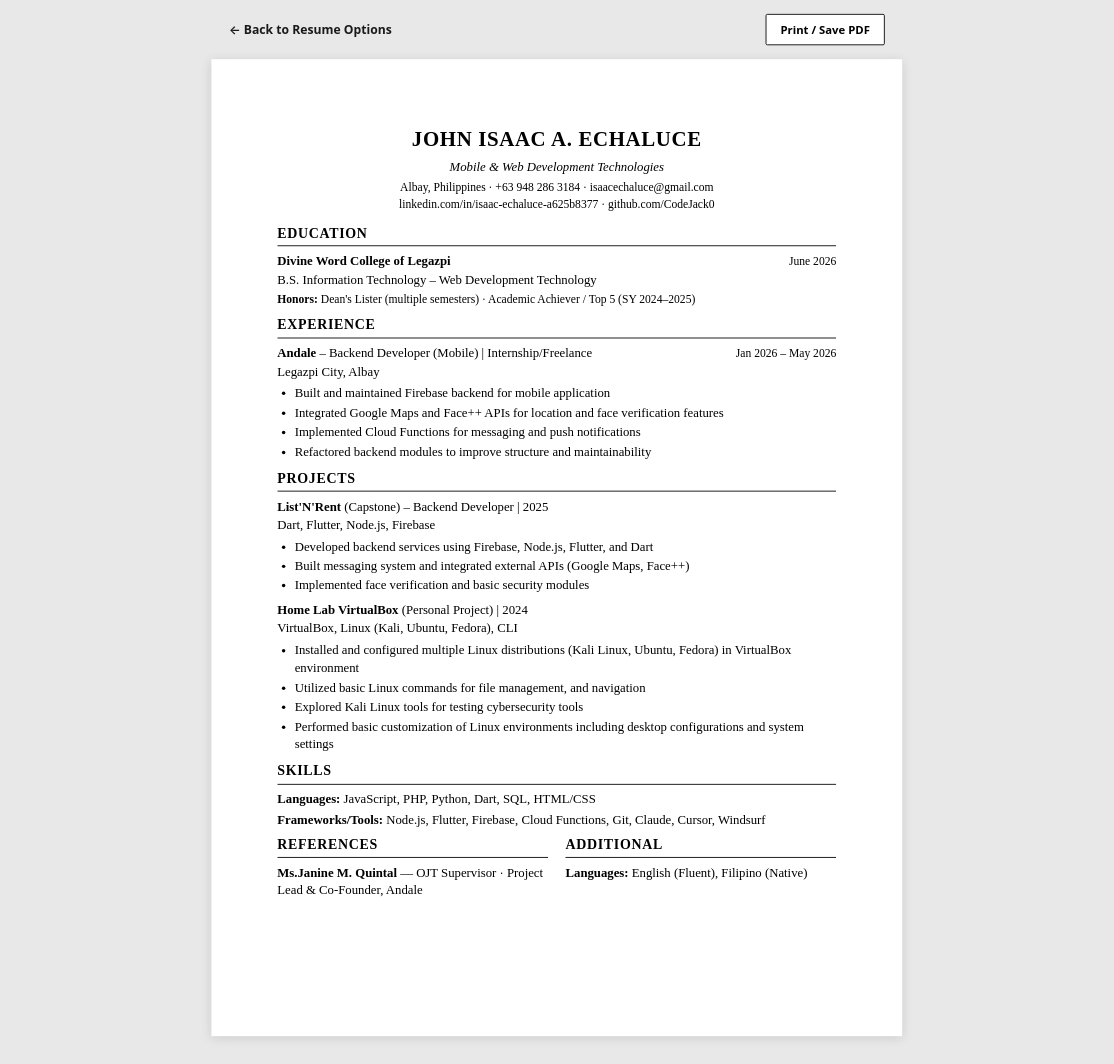
Repository: CodeJack0/Professional_Portfolio
Page: pages/resume_development.html
These files come from the project's save history. The page is drawn as it stood at one moment and after the next save; the edit follows.
The browser window is 1280 px wide. The pictures show the whole page, at 87% of full size.

Above is the page before, as saved 2026-05-30 08:21:23.

### pages/resume_development.html
<!DOCTYPE html>
<html lang="en">
<head>
  <meta charset="UTF-8" />
  <meta name="viewport" content="width=device-width, initial-scale=1.0" />
  <meta name="description" content="Resume / CV — John Isaac A. Echaluce, IT Graduate" />
  <title>Resume / CV — John Isaac A. Echaluce</title>
  <link rel="stylesheet" href="../css/resume.css" />
</head>
<body class="resume-page">
  <div class="resume-toolbar no-print">
    <a href="resumes.html" class="toolbar-link">← Back to Resume Options</a>
    <button type="button" class="toolbar-btn" onclick="window.print()">Print / Save PDF</button>
  </div>

  <article class="resume-document" aria-label="Resume">
    <header class="resume-header">
      <h1 class="resume-name">John Isaac A. Echaluce</h1>
      <p class="resume-tagline">Mobile &amp; Web Development Technologies</p>
      <p class="resume-contact-line">
        Albay, Philippines · <a href="tel:+639482863184">+63 948 286 3184</a> ·
        <a href="mailto:isaacechaluce@gmail.com">isaacechaluce@gmail.com</a>
      </p>
      <p class="resume-contact-line resume-contact-line--links">
        <a href="https://www.linkedin.com/in/isaac-echaluce-a625b8377/" rel="noopener noreferrer">linkedin.com/in/isaac-echaluce-a625b8377</a> ·
        <a href="https://github.com/CodeJack0" rel="noopener noreferrer">github.com/CodeJack0</a>
      </p>
    </header>

    <main class="resume-content">
      <section class="resume-section">
        <h2 class="resume-section-title">Education</h2>

        <div class="entry">
          <div class="entry-row">
            <span class="entry-left"><strong>Divine Word College of Legazpi</strong></span>
            <span class="entry-right">June 2026</span>
          </div>
          <div class="entry-row entry-row--sub">
            <span class="entry-left">B.S. Information Technology – Web Development Technology</span>
          </div>
          <p class="honors-line">
            <strong>Honors:</strong> Dean's Lister (multiple semesters) · Academic Achiever / Top 5 (SY 2024–2025)
          </p>
        </div>
      </section>

      <section class="resume-section">
        <h2 class="resume-section-title">Experience</h2>

        <div class="entry">
          <div class="entry-row">
            <span class="entry-left"><strong>Andale</strong> – Backend Developer (Mobile) | Internship/Freelance</span>
            <span class="entry-right">Jan 2026 – May 2026</span>
          </div>
          <div class="entry-row entry-row--sub">
            <span class="entry-left">Legazpi City, Albay</span>
          </div>
          <ul class="resume-list">
            <li>Built and maintained Firebase backend for mobile application</li>
            <li>Integrated Google Maps and Face++ APIs for location and face verification features</li>
            <li>Implemented Cloud Functions for messaging and push notifications</li>
            <li>Refactored backend modules to improve structure and maintainability</li>
          </ul>
        </div>
      </section>

      <section class="resume-section">
        <h2 class="resume-section-title">Projects</h2>

        <div class="entry">
          <div class="entry-row">
            <span class="entry-left"><strong>List'N'Rent</strong> (Capstone) – Backend Developer | 2025</span>
            <span class="entry-right"></span>
          </div>
          <div class="entry-row entry-row--sub">
            <span class="entry-left">Dart, Flutter, Node.js, Firebase</span>
          </div>
          <ul class="resume-list">
            <li>Developed backend services using Firebase, Node.js, Flutter, and Dart</li>
            <li>Built messaging system and integrated external APIs (Google Maps, Face++)</li>
            <li>Implemented face verification and basic security modules</li>
          </ul>
        </div>

        <div class="entry">
          <div class="entry-row">
            <span class="entry-left"><strong>Home Lab VirtualBox</strong> (Personal Project) | 2024</span>
            <span class="entry-right"></span>
          </div>
          <div class="entry-row entry-row--sub">
            <span class="entry-left">VirtualBox, Linux (Kali, Ubuntu, Fedora), CLI</span>
          </div>
          <ul class="resume-list">
            <li>Installed and configured multiple Linux distributions (Kali Linux, Ubuntu, Fedora) in VirtualBox environment</li>
            <li>Utilized basic Linux commands for  file management, and navigation</li>
            <li>Explored Kali Linux tools for testing cybersecurity tools</li>
            <li>Performed basic customization of Linux environments including desktop configurations and system settings</li>
          </ul>
        </div>


      <section class="resume-section">
        <h2 class="resume-section-title">Skills</h2>
        <p class="skills-line"><strong>Languages:</strong> JavaScript, PHP, Python, Dart, SQL, HTML/CSS</p>
        <p class="skills-line"><strong>Frameworks/Tools:</strong> Node.js, Flutter, Firebase, Cloud Functions, Git, Claude, Cursor, Windsurf</p>
      </section>


      <section class="resume-section resume-section--combined">
        <div class="resume-two-col">
          <div>
            <h2 class="resume-section-title">References</h2>
            <p class="skills-line"><strong>Ms.Janine M. Quintal</strong> — OJT Supervisor · Project Lead &amp; Co-Founder, Andale</p>
          </div>
          <div>
            <h2 class="resume-section-title">Additional</h2>
            <p class="skills-line"><strong>Languages:</strong> English (Fluent), Filipino (Native)</p>
          </div>
        </div>
      </section>
    </main>
  </article>
</body>
</html>

### css/resume.css
/* Harvard-style resume — conservative, single column, print-first (A4) */

:root {
  --resume-page-width: 210mm;
  --resume-page-height: 297mm;
  --resume-page-margin: 20mm;
}

*,
*::before,
*::after {
  box-sizing: border-box;
}

body.resume-page {
  margin: 0;
  font-family: "Times New Roman", Times, Georgia, serif;
  font-size: 11pt;
  line-height: 1.4;
  color: #000;
  background: #e8e8e8;
  -webkit-font-smoothing: antialiased;
}

/* Toolbar (screen only) */
.resume-toolbar {
  display: flex;
  align-items: center;
  justify-content: space-between;
  max-width: var(--resume-page-width);
  margin: 0 auto;
  padding: 1rem 1.25rem;
  gap: 1rem;
  font-family: system-ui, -apple-system, sans-serif;
}

.toolbar-link {
  font-size: 0.875rem;
  font-weight: 600;
  color: #1a1a1a;
  text-decoration: none;
}

.toolbar-link:hover {
  text-decoration: underline;
}

.toolbar-btn {
  font-family: inherit;
  font-size: 0.8125rem;
  font-weight: 600;
  padding: 0.5rem 1rem;
  border: 1px solid #000;
  border-radius: 2px;
  background: #fff;
  color: #000;
  cursor: pointer;
}

.toolbar-btn:hover {
  background: #f5f5f5;
}

/* Document */
.resume-document {
  width: 100%;
  max-width: var(--resume-page-width);
  min-height: var(--resume-page-height);
  margin: 0 auto 2rem;
  padding: var(--resume-page-margin);
  background: #fff;
  box-shadow: 0 2px 12px rgba(0, 0, 0, 0.12);
}

/* Header */
.resume-header {
  text-align: center;
  margin-bottom: 0.75rem;
}

.resume-name {
  font-size: 18pt;
  font-weight: 700;
  margin: 0 0 0.3rem;
  letter-spacing: 0.03em;
  text-transform: uppercase;
}

.resume-tagline {
  margin: 0 0 0.2rem;
  font-size: 11pt;
  font-style: italic;
}

.resume-summary {
  margin: 0.35rem auto 0;
  max-width: 95%;
  font-size: 10pt;
  line-height: 1.4;
  text-align: center;
}

.resume-contact-line {
  margin: 0.15rem 0 0;
  font-size: 10pt;
  line-height: 1.4;
}

.resume-contact-line--links {
  margin-top: 0.1rem;
}

.resume-contact-line a {
  color: inherit;
  text-decoration: none;
}

.resume-contact-line a:hover {
  text-decoration: underline;
}

.honors-line {
  margin: 0.2rem 0 0;
  font-size: 10pt;
  line-height: 1.35;
}

.entry-note {
  margin: 0.15rem 0 0;
  font-size: 9.5pt;
  font-style: italic;
  line-height: 1.35;
}

/* Sections */
.resume-content {
  margin: 0;
}

.resume-section {
  margin-bottom: 0.45rem;
}

.entry--compact {
  margin-bottom: 0.2rem;
}

.resume-two-col {
  display: grid;
  grid-template-columns: 1fr 1fr;
  gap: 1.25rem;
  align-items: start;
}

.resume-two-col .resume-section-title {
  margin-top: 0;
}

.resume-section--combined {
  margin-bottom: 0;
}

.skills-line--muted {
  font-size: 9.5pt;
  font-style: italic;
}

.resume-section:last-child {
  margin-bottom: 0;
}

.resume-section-title {
  font-size: 12pt;
  font-weight: 700;
  text-transform: uppercase;
  letter-spacing: 0.05em;
  margin: 0.6rem 0 0.4rem;
  padding-bottom: 0.2rem;
  border-bottom: 1px solid #000;
}

.resume-section:first-child .resume-section-title {
  margin-top: 0;
}

/* Entries */
.entry {
  margin-bottom: 0.5rem;
}

.entry:last-child {
  margin-bottom: 0;
}

.entry-row {
  display: flex;
  justify-content: space-between;
  align-items: baseline;
  gap: 1rem;
}

.entry-row--sub {
  margin-top: 0.05rem;
}

.entry-left {
  flex: 1;
  min-width: 0;
}

.entry-right {
  flex-shrink: 0;
  white-space: nowrap;
  font-size: 10pt;
}

/* Lists */
.resume-list {
  margin: 0.25rem 0 0;
  padding-left: 1.25rem;
}

.resume-list li {
  margin-bottom: 0.12rem;
  line-height: 1.4;
}

.resume-list--plain {
  list-style: disc;
  padding-left: 1.15rem;
}

/* Skills */
.skills-line {
  margin: 0.2rem 0 0;
  line-height: 1.4;
}

.skills-line:first-of-type {
  margin-top: 0.1rem;
}

.resume-section--inline .skills-line {
  margin-top: 0.1rem;
}

/* Responsive */
@media (max-width: 640px) {
  .resume-document {
    min-height: auto;
    padding: 1rem;
  }

  .resume-contact-line {
    font-size: 9pt;
  }

  .entry-row {
    flex-direction: column;
    gap: 0.1rem;
  }

  .entry-right {
    white-space: normal;
  }

  .resume-two-col {
    grid-template-columns: 1fr;
    gap: 0.5rem;
  }
}

/* Print */
@media print {
  @page {
    size: A4;
    margin: 0;
  }

  body.resume-page {
    background: #fff;
    font-size: 11pt;
  }

  .no-print {
    display: none !important;
  }

  .resume-document {
    max-width: none;
    min-height: auto;
    margin: 0;
    padding: var(--resume-page-margin);
    box-shadow: none;
  }

  .resume-contact-line a {
    text-decoration: none;
  }

  .entry,
  .resume-section {
    break-inside: avoid;
  }
}

After the next save:
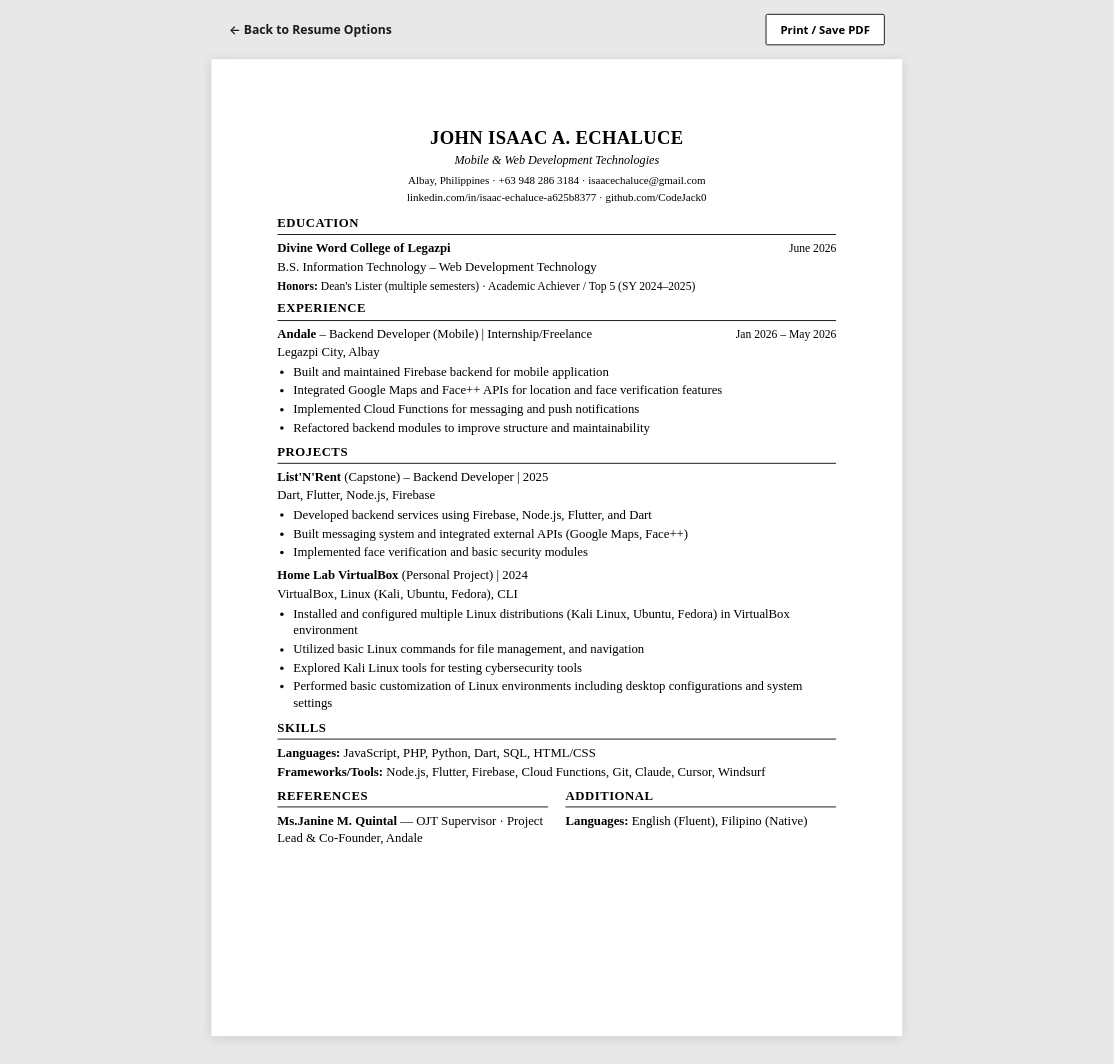
Saved 2 min 39 s later.
--- a/css/resume.css
+++ b/css/resume.css
@@ -16,7 +16,7 @@ body.resume-page {
   margin: 0;
   font-family: "Times New Roman", Times, Georgia, serif;
   font-size: 11pt;
-  line-height: 1.4;
+  line-height: 1.35;
   color: #000;
   background: #e8e8e8;
   -webkit-font-smoothing: antialiased;
@@ -75,20 +75,20 @@ body.resume-page {
 /* Header */
 .resume-header {
   text-align: center;
-  margin-bottom: 0.75rem;
+  margin-bottom: 0.65rem;
 }
 
 .resume-name {
-  font-size: 18pt;
+  font-size: 16pt;
   font-weight: 700;
-  margin: 0 0 0.3rem;
-  letter-spacing: 0.03em;
+  margin: 0 0 0.25rem;
+  letter-spacing: 0.02em;
   text-transform: uppercase;
 }
 
 .resume-tagline {
-  margin: 0 0 0.2rem;
-  font-size: 11pt;
+  margin: 0;
+  font-size: 10.5pt;
   font-style: italic;
 }
 
@@ -101,9 +101,9 @@ body.resume-page {
 }
 
 .resume-contact-line {
-  margin: 0.15rem 0 0;
-  font-size: 10pt;
-  line-height: 1.4;
+  margin: 0.2rem 0 0;
+  font-size: 9.5pt;
+  line-height: 1.45;
 }
 
 .resume-contact-line--links {
@@ -170,12 +170,12 @@ body.resume-page {
 }
 
 .resume-section-title {
-  font-size: 12pt;
+  font-size: 11pt;
   font-weight: 700;
   text-transform: uppercase;
-  letter-spacing: 0.05em;
-  margin: 0.6rem 0 0.4rem;
-  padding-bottom: 0.2rem;
+  letter-spacing: 0.04em;
+  margin: 0.5rem 0 0.35rem;
+  padding-bottom: 0.15rem;
   border-bottom: 1px solid #000;
 }
 
@@ -185,7 +185,7 @@ body.resume-page {
 
 /* Entries */
 .entry {
-  margin-bottom: 0.5rem;
+  margin-bottom: 0.45rem;
 }
 
 .entry:last-child {
@@ -216,13 +216,12 @@ body.resume-page {
 
 /* Lists */
 .resume-list {
-  margin: 0.25rem 0 0;
-  padding-left: 1.25rem;
+  margin: 0.2rem 0 0;
+  padding-left: 1.15rem;
 }
 
 .resume-list li {
-  margin-bottom: 0.12rem;
-  line-height: 1.4;
+  margin-bottom: 0.1rem;
 }
 
 .resume-list--plain {
@@ -232,8 +231,7 @@ body.resume-page {
 
 /* Skills */
 .skills-line {
-  margin: 0.2rem 0 0;
-  line-height: 1.4;
+  margin: 0.15rem 0 0;
 }
 
 .skills-line:first-of-type {
